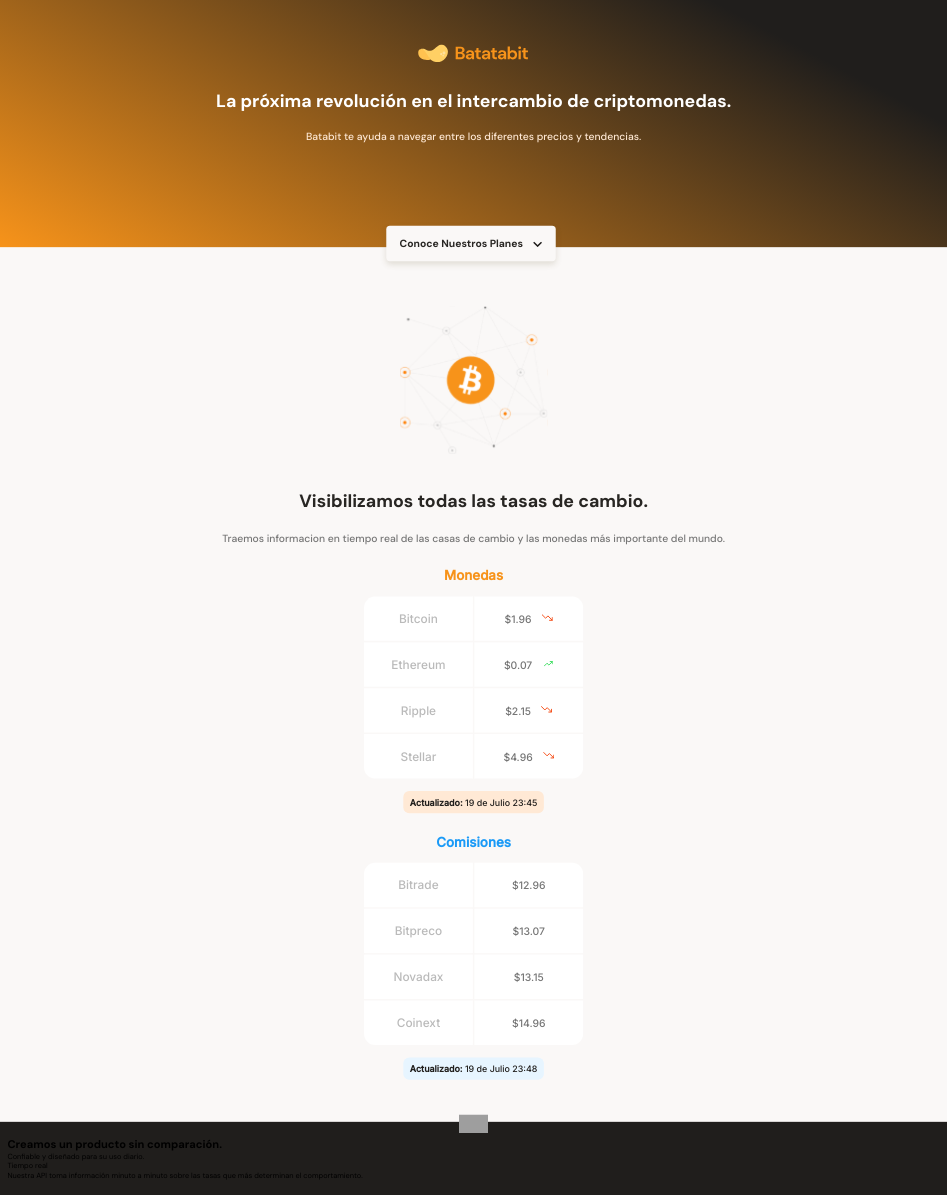
Repository: EnzoSz/Mobile-First
Page: index.html
The author's editor kept a copy of each file at every save. The page is drawn from the files as they stood at one save, then again after the next save.
The browser window is 1280 px wide. The pictures show the whole page, at 74% of full size.
Pictures or frames that could not be fetched are drawn as grey boxes.

Above is the page before, as saved 2021-01-29 17:40:45.

### index.html
<!DOCTYPE html>
<html lang="en">
<head>
    <meta charset="UTF-8">
    <meta name="viewport" content="width=device-width, initial-scale=1.0">
    <title>Document</title>
    <link rel="preconnect" href="https://fonts.gstatic.com">
    <link href="https://fonts.googleapis.com/css2?family=DM+Sans:wght@400;500;700&family=Inter:wght@300;500&display=swap" rel="stylesheet">
    <link rel="stylesheet" href="./estilos.css">
</head>
<body>
    <header>
        <img src="./assets/img/logo.svg" alt="">
        <div class="header--title-container">
            <h1>La próxima revolución en el intercambio de criptomonedas.</h1>
            <p>Batabit te ayuda a navegar entre los diferentes precios y tendencias.</p>
            <a href="" class="header--button">Conoce Nuestros Planes <span></span></a>
        </div>
    </header>
    <main>
        <section class="main-exchange-container">
            <div class="backgroundImg"></div>
            <div class="main.exchange-container--title">
                <h2>Visibilizamos todas las tasas de cambio.</h2>
                <p>
                    Traemos informacion en  tiempo real de las casas de cambio y las monedas más importante del mundo.

                </p>
            </div>
            <section class="main-tables-container">
                <div class="main-currency-table">
                    <p class="currency-table--title">Monedas</p>
                    <div class="currency-table--container">
                        <table>
                            <tr>
                                <td class="table__top-left">Bitcoin</td>
                                <td class="table__top-right table__right">$1.96 <span class="down"></span></td>
                            </tr>
                            <tr>
                                <td>Ethereum</td>
                                <td class="table__right">$0.07 <span class="up"></span></td>
                            </tr>
                            <tr>
                                <td>Ripple</td>
                                <td class="table__right">$2.15 <span class="down"></span></td>
                            </tr>
                            <tr>
                                <td class="table__bottom-left">Stellar</td>
                                <td class="table__bottom-right table__right">$4.96 <span class="down"></span></td>
                            </tr>
                        </table>
                    </div>
                    <div class="currency-table-date">
                        <p>
                            <b>Actualizado:</b> 19 de Julio 23:45
                        </p>
                    </div>
                </div>
                <div class="main-commissions-table">
                    <p class="commissions-table--title">Comisiones</p>
                    <div class="commissions-table--container">
                        <table>
                            <tr>
                                <td class="table__top-left">Bitrade</td>
                                <td class="table__top-right table__right">$12.96</td>
                            </tr>
                            <tr>
                                <td>Bitpreco</td>
                                <td class="table__right">$13.07</td>
                            </tr>
                            <tr>
                                <td>Novadax</td>
                                <td class="table__right">$13.15</td>
                            </tr>
                            <tr>
                                <td class="table__bottom-left">Coinext</td>
                                <td class="table__bottom-right table__right">$14.96</td>
                            </tr>
                        </table>
                    </div>
                    <div class="commissions-table-date">
                        <p>
                            <b>Actualizado:</b> 19 de Julio 23:48
                        </p>
                    </div>
                </div>
            </section>
        </section>
        <section class="main-product-detail">
            <span class="product-detail--batata-logo"></span>
            <div class="product-detail--title">
                <h2>
                    Creamos un producto sin comparación.
                </h2>
                <p>
                    Confiable y diseñado para su uso diario.
                </p>
                <section class="product-cards--container">
                    <article class="product-detail--card">
                        <span class="clock"></span>
                        <p class="product--card-title">Tiempo real</p>
                        <p class="product--card-body">
                            Nuestra API toma información minuto a minuto sobre las tasas que más determinan el comportamiento.
                        </p>
                    </article>
                    <article></article>
                    <article></article>
                    <article></article>
                </section>
            </div>
        </section>
        <section></section>
        <section></section>
    </main>
    <footer></footer>
</body>
</html>

### estilos.css
/*
1. Posicionamiento
2. Modelo de caja (Box model)
3. Tipografía
4. Visuales
5. Otros
*/
:root {
    /*Colores */
    --bitcoin-orange: #F7931A;
    --soft-orange: #FFE9D5;
    --secondary-blue: #1A9AF7;
    --soft-blue: #E7F5FF;
    --warm-black: #201E1C;
    --warm-black1: #282623;
    --grey: #BABABA;
    --off-white: #FAF8F7;
    --just-white: #FFFFFF;
}
* {
    box-sizing: border-box;
    margin: 0;
    padding: 0;
}
html {
    font-size: 62.5%;
    font-family: 'DM Sans', sans-serif;
}
header {
    position: relative;
    display: flex;
    flex-direction: column;
    justify-content: center;
    width: 100%;
    min-width: 32rem;
    height: 33.4rem;
    text-align: center;
    background: linear-gradient(207.8deg, #201E1C 16.69%, #F7931A 100%);;
}
header img {
    width: 15rem;
    height: 2.4rem;
    margin-top: 6.0rem;
    align-self:center;
}
.header--title-container {
    width: 90%;
    min-width: 28.8rem;
    max-width: 90rem;
    height: 21.8rem;
    margin-top: 4rem;
    text-align: center;
    align-self:center;

}
.header--title-container h1 {
    font-size: 2.4rem;
    font-weight: bold;
    line-height: 2.6rem;
    color: var(--just-white);
}
.header--title-container p {
    margin-top: 25px;
    font-size: 1.4rem;
    font-weight: 500;
    line-height: 1.8rem;
    color: var(--soft-orange);
}
.header--title-container .header--button {
    position: absolute;
    left: calc(50% - 118px);
    top: 270px;
    display: block;
    margin-top: 35px;
    padding: 15px;
    width: 229px;
    height: 48px;
    background-color: var(--off-white);
    /*Sombra*/
    box-shadow: 0px 4px 8px rgba(89, 73, 30, 0.16);
    border: none;
    border-radius: 5px;
    font-size: 1.4rem;
    font-weight: bold;
    text-decoration: none;
    color: var(--warm-black1);
}
.header--button span {
    display: inline-block;
    width: 13px;
    height: 8px;
    margin-left: 10px;
    background-image: url('./assets/icons/arrow-down.svg');
}
main {
    width: 100%;
    height: auto;
    background-color: var(--off-white);
}
.main-exchange-container {
    width: 100%;
    height: auto;
    padding-top: 80px;
    padding-bottom: 30px;
    text-align: center;
}
.main-exchange-container--title {
    width: 90%;
    min-width: 288px;
    max-width: 900px;
    margin: 0 auto;
}
.main-exchange-container .backgroundImg {
    width: 200px;
    height: 200px;
    margin: 0 auto;
    margin-bottom: 50px;
    background-image:url('./assets/img/bitcoin.svg');
    background-size: cover;
    background-position: center;
    background-repeat: no-repeat;
}
.main-exchange-container h2 {
    margin-bottom: 30px;
    font-size: 2.4rem;
    font-weight: bold;
    line-height: 2.6rem;
    color: var(--warm-black1);
}
.main-exchange-container p {
    margin-bottom: 30px;
    font-size: 1.4rem;
    font-weight: 500;
    line-height: 1.6rem;
    color: #757575;
}
.main-currency-table, .main-commissions-table {
    width: 70%;
    min-width: 235px;
    max-width: 500px;
    height: 360px;
    margin: 0 auto;
    font-family: "Inter", sans-serif;
}
.main-currency-table .currency-table--title {
    margin-bottom: 15px;
    font-size: 1.8rem;
    font-weight: bold;
    line-height: 2.3rem;
    color: var(--bitcoin-orange);
}
.currency-table--container, .commissions-table--container {
    width: 90%;
    min-width: 230px;
    max-width: 300px;
    height: 250px;
    margin: 0 auto;
}
.currency-table--container table, .commissions-table--container table {
    width: 100%;
    height: 100%;
}
.currency-table--container td, .commissions-table--container td {
    width: 50%;
    font-size: 1.6rem;
    font-weight: 500;
    line-height: 1.9rem;
    color: var(--grey);
    background-color: var(--just-white);
}
.currency-table--container .table__top-left, .commissions-table--container .table__top-left {
    border-radius: 15px 0 0 0;
}
.currency-table--container .table__top-right, .commissions-table--container .table__top-right {
    border-radius: 0 15px 0 0;
}
.currency-table--container .table__bottom-left, .commissions-table--container .table__bottom-left {
    border-radius: 0 0 0 15px;
}
.currency-table--container .table__bottom-right, .commissions-table--container .table__bottom-right {
    border-radius: 0 0 15px 0;
}
.currency-table--container .table__right, .commissions-table--container .table__right {
    font-size: 1.4rem;
    font-weight: normal;
    line-height: 1.7rem;
    color: #757575;
}
.currency-table--container .down {
    display: inline-block;
    width: 15px;
    height: 15px;
    margin-left: 10px;
    background-image: url('./assets/icons/trending-down.svg');
    background-size: cover;
    background-position: center;
    background-repeat: no-repeat;
}
.currency-table--container .up {
    display: inline-block;
    width: 15px;
    height: 15px;
    margin-left: 10px;
    background-image:url('./assets/icons/trending-up.svg');
    background-position: center;
    background-repeat:no-repeat;
}
.currency-table-date {
    width: 190px;
    height: 30px;
    margin: 0 auto;
    margin-top: 15px;
    padding: 8px;
    background-color: var(--soft-orange);
    border-radius: 8px;
}
.currency-table-date p {
    font-size: 1.2rem;
    line-height: 1.5rem;
    color: var(--warm-black);
}
.main-commissions-table .commissions-table--title {
    margin-bottom: 15px;
    font-size: 1.8rem;
    font-weight: bold;
    line-height: 2.3rem;
    color: var(--secondary-blue);
}
.commissions-table-date {
    width: 190px;
    height: 30px;
    margin: 0 auto;
    margin-top: 15px;
    padding: 8px;
    background-color: var(--soft-blue);
    border-radius: 8px;
}
.commissions-table-date p {
    font-size: 1.2rem;
    line-height: 1.5rem;
    color: var(--warm-black);
}
.main-product-detail {
    position: relative;
    width: 100%;
    min-width: 320px;
    height: auto;
    padding: 20px 10px;
    background-color: var(--warm-black);
}
.product-detail--batata-logo {
    position: absolute;
    width: 40px;
    height: 25px;
    top: -10px;
    left: calc(50% - 20px);
    background-image: url('./assets/icons/batata.svg');
}

After the next save:
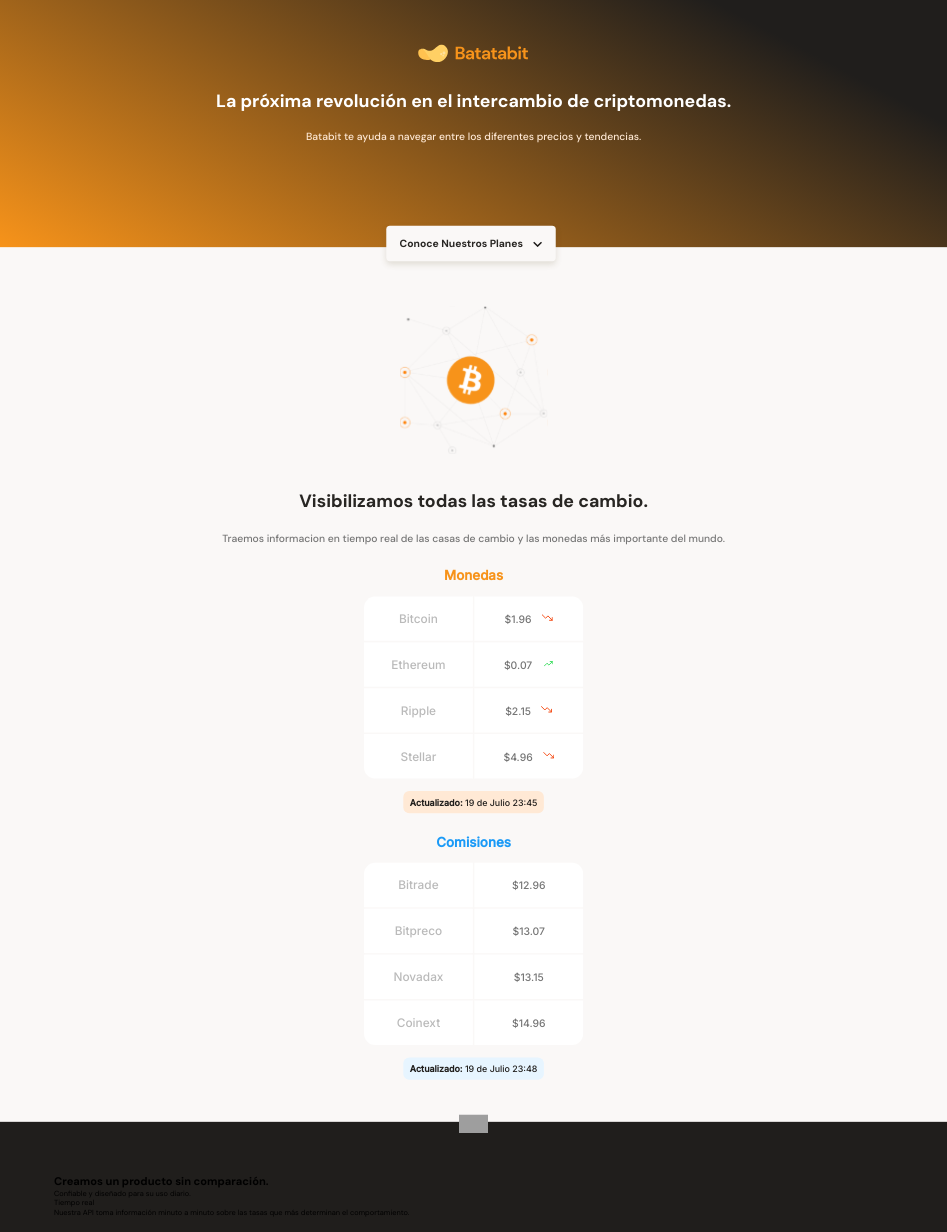
Saved 2 min 11 s later.
--- a/estilos.css
+++ b/estilos.css
@@ -256,3 +256,10 @@
     left: calc(50% - 20px);
     background-image: url('./assets/icons/batata.svg');
 }
+.product-detail--title {
+    width: 90%;
+    min-width: 288px;
+    height: auto;
+    margin: 0 auto;
+    margin-top: 50px;
+}
